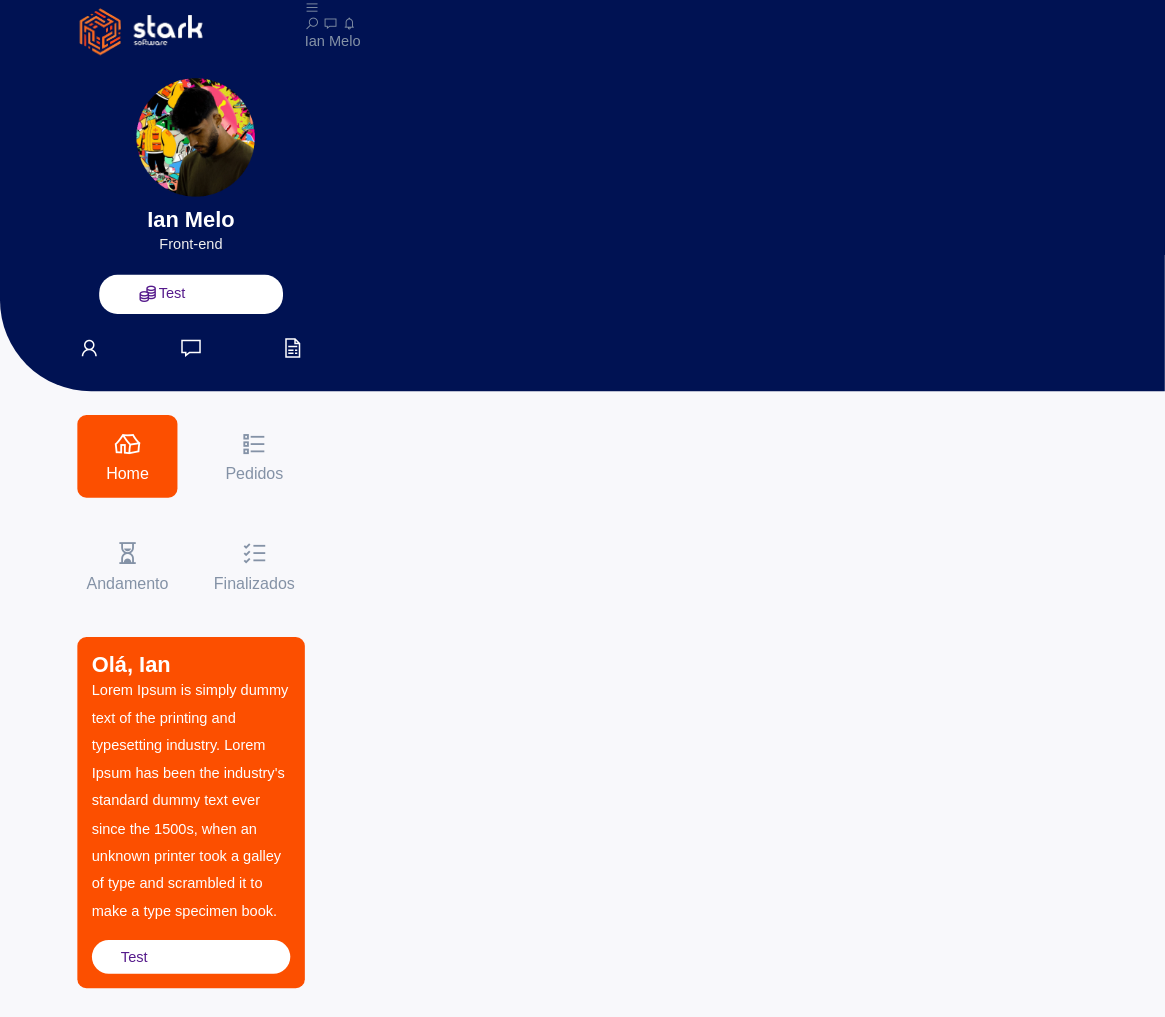
Repository: ichumbo/StarkDashboard
Page: index.html
These files come from the project's save history. The page is drawn as it stood at one moment and after the next save; the edit follows.
The browser window is 1280 px wide. The pictures show the whole page, at 91% of full size.
Pictures or frames that could not be fetched are drawn as grey boxes.

Above is the page before, as saved 2023-06-06 19:24:34.

After the next save:
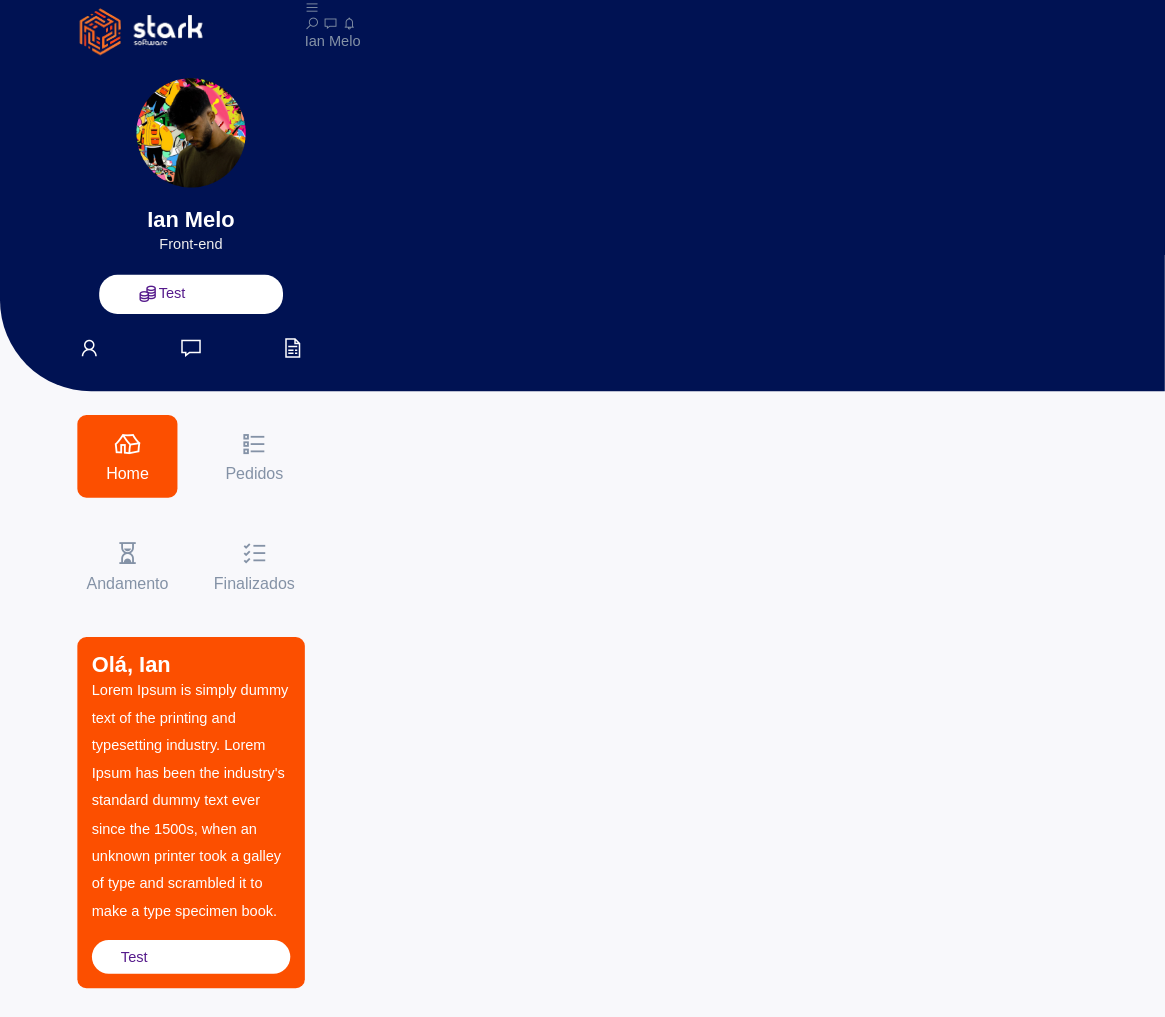
Saved 8 s later.
--- a/css/global.css
+++ b/css/global.css
@@ -19,7 +19,7 @@ body {
 }
 
 .photo-header {
-    width: 130px;
+    width: 120px;
 }
 
 .btn {
